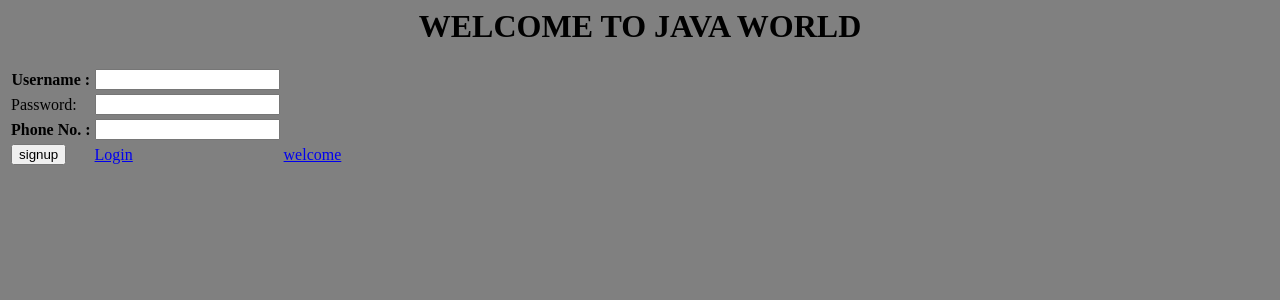
Repository: talkgunish/JAVA-WORLD
Page: advance_java/my_eclipse_java_proj/cookie_session/Filter/WebContent/signup.html
An editor plug-in stored every save of this project. The page is shown before and after the next save, followed by the edit.
The browser window is 1280 px wide. The pictures show the whole page.

Above is the page before, as saved 2018-06-20 11:27:56.

After the next save:
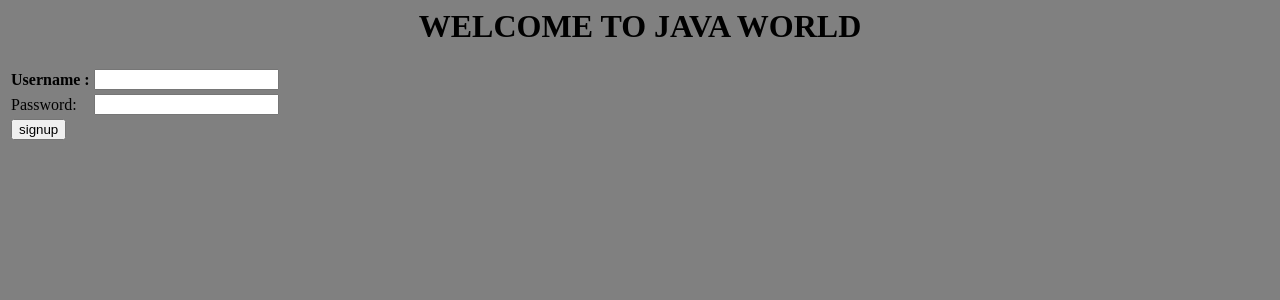
Saved 30 s later.
--- a/advance_java/my_eclipse_java_proj/cookie_session/Filter/WebContent/signup.html
+++ b/advance_java/my_eclipse_java_proj/cookie_session/Filter/WebContent/signup.html
@@ -13,11 +13,7 @@
 <td> <input type="text" name="username"></td></tr>
 <tr><td>Password: </td>
 <td><input type="password" name='password'></td></tr>
-<tr><th>Phone No. :</th>
-<td><input type="text" naeme="phone"></td></tr>
-<tr><td><input type="submit" value="signup"></td>
-<td><a href="login.html">Login</a></td>
-<td><a href="wel">welcome</a></td></tr>
+<tr><td><input type="submit" value="signup"></td></tr>
 </table>
 </form>
 </body>
